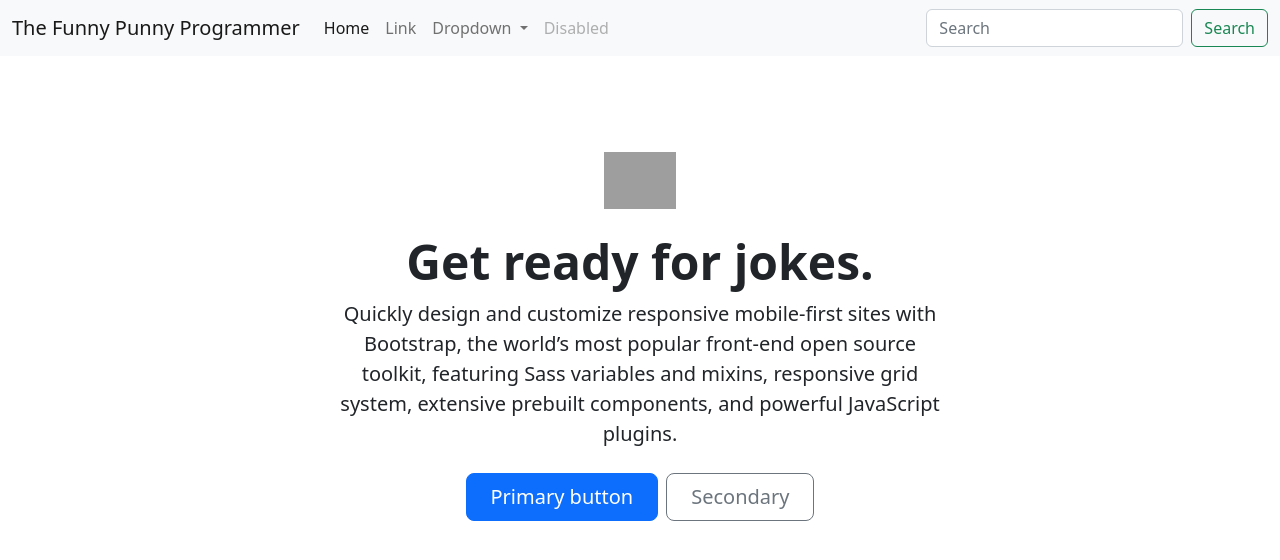
Repository: annferracane/phase-1-personal-project
Page: index.html
The author's editor kept a copy of each file at every save. The page is drawn from the files as they stood at one save, then again after a run of saves.
The browser window is 1280 px wide. The pictures show the whole page.
Pictures or frames that could not be fetched are drawn as grey boxes. The page's requests for data from a server got no answer.

Above is the page before, as saved 2022-12-07 13:10:56.

After the next 2 saves:
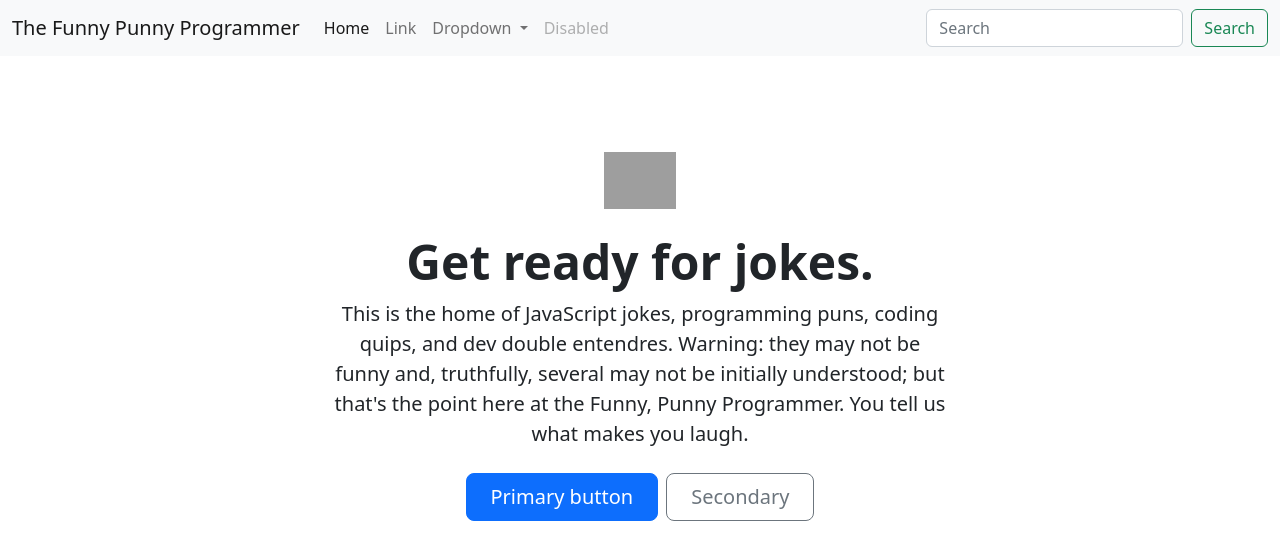
The 2 saves are shown as one change because they came seconds apart.
The last was saved 7 s later.
--- a/src/index.js
+++ b/src/index.js
@@ -1,11 +1,6 @@
 // DOM Content Updates
 document.querySelector('#hero-header').textContent = 'Get ready for jokes.';
 document.querySelector('#hero-content').textContent =
-`Quickly design and customize responsive mobile-first sites with
-Bootstrap, the world’s most popular front-end open source toolkit,
-featuring Sass variables and mixins, responsive grid system, extensive
-prebuilt components, and powerful JavaScript plugins.`;
-
 `This is the home of JavaScript jokes, programming puns, coding
 quips, and dev double entendres. Warning: they may not be funny and,
 truthfully, several may not be initially understood; but that's the
